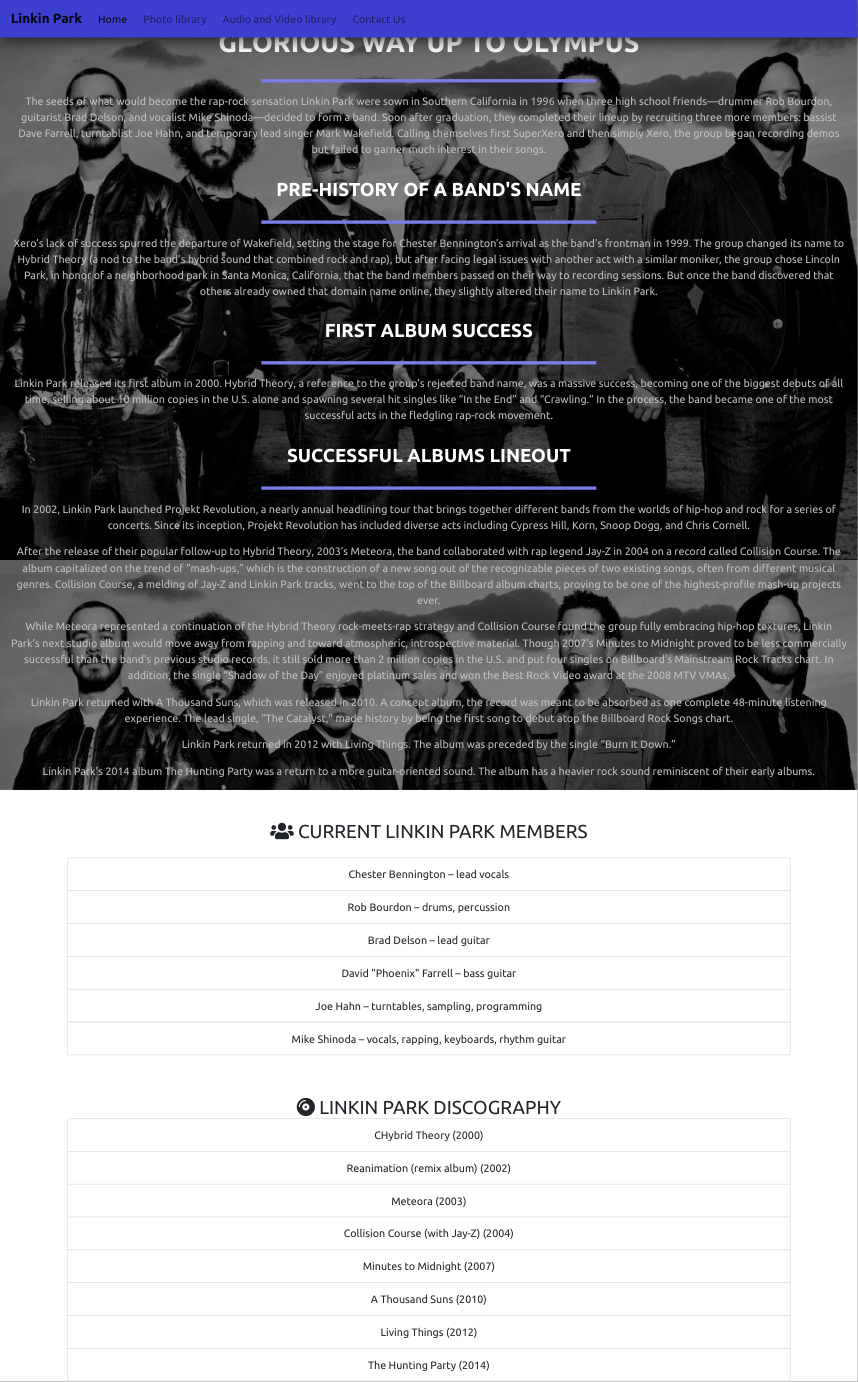
Repository: vaida898/website
Page: index.html
The author's editor kept a record of every edit. The page is drawn from the files as they stood at one moment, then again after the next edit.
The browser window is 1280 px wide. The pictures show the whole page, at 67% of full size.
Backgrounds fixed to the window are drawn as part of the page. Some web libraries are served in a nearby version.

Above is the page before.
Console error: TypeError: Cannot read properties of undefined (reading 'fn')

### index.html
<!DOCTYPE html>
<html lang="en">

<head>
    <meta charset="UTF-8">
    <meta name="viewport" content="width=device-width, initial-scale=1.0">
    <meta http-equiv="X-UA-Compatible" content="ie=edge">
    <title>LinkinPark website</title>

    <link rel="stylesheet" href="https://stackpath.bootstrapcdn.com/bootstrap/4.3.1/css/bootstrap.min.css" integrity="sha384-ggOyR0iXCbMQv3Xipma34MD+dH/1fQ784/j6cY/iJTQUOhcWr7x9JvoRxT2MZw1T" crossorigin="anonymous">
    <script src="https://stackpath.bootstrapcdn.com/bootstrap/4.3.1/js/bootstrap.min.js" integrity="sha384-JjSmVgyd0p3pXB1rRibZUAYoIIy6OrQ6VrjIEaFf/nJGzIxFDsf4x0xIM+B07jRM" crossorigin="anonymous"></script>
    <link rel="stylesheet" href="https://use.fontawesome.com/releases/v5.6.1/css/all.css" integrity="sha384-gfdkjb5BdAXd+lj+gudLWI+BXq4IuLW5IT+brZEZsLFm++aCMlF1V92rMkPaX4PP" crossorigin="anonymous">

    <!-- Google font "Ubuntu" -->

    <link href="https://fonts.googleapis.com/css?family=Ubuntu:400,700&display=swap" rel="stylesheet">
    <link rel="stylesheet" href="css/style.css" type="text/css" />

</head>

<body>

    <!-- Navigation bar -->

    <div class="container-fluid navalert-container">
        <nav class="navbar navbar-light navbar-expand-sm" style="background-color: #3D3FD1">
            <a href="/" class="navbar-brand">Linkin Park</a>

            <button class="navbar-toggler ml-auto" type="button" data-toggle="collapse" data-target="#navbarNavDropdown" aria-controls="navbarNavDropdown" aria-expanded="false" aria-label="Toggle navigation">
        <span class="navbar-toggler-icon"></span></button>

            <div class="collapse navbar-collapse" id="navbarNavDropdown">
                <ul class="navbar-nav mr-auto">
                    <li class="active nav-item mr-2"><a class="nav-link" href="/">Home</a></li>
                    <li class="nav-item mr-2"><a class="nav-link" href="/Photo library">Photo library</a></li>
                    <li class="nav-item mr-2"><a class="nav-link" href="/Audio and Video library">Audio and Video library</a></li>
                    <li class="nav-item mr-2"><a class="nav-link" href="/Contact Us">Contact Us</a></li>
                </ul>
            </div>
        </nav>
    </div>

    <div class="container-fluid history-container">
        <div class="opaque-overlay">&nbsp;</div>
        <section class="about us">
            <div class="row">
                <div class="col-12 page-header">

                    <section class="About Us text-center first-paragraph">
                        <h1 class="text-uppercase jumbotron-header page-header">Glorious way up to olympus</h1>
                        <hr class="block-divider">
                        <p class="jumbotron-text">The seeds of what would become the rap-rock sensation Linkin Park were sown in Southern California in 1996 when three high school friends—drummer Rob Bourdon, guitarist Brad Delson, and vocalist Mike Shinoda—decided to form a band.
                            Soon after graduation, they completed their lineup by recruiting three more members: bassist Dave Farrell, turntablist Joe Hahn, and temporary lead singer Mark Wakefield. Calling themselves first SuperXero and then simply Xero,
                            the group began recording demos but failed to garner much interest in their songs.</p>

                        <section class="About Us 2 text-center second-paragraph"></section>
                        <h3 class="text-uppercase jumbotron-paragraph page-header">Pre-history of a band's name</h3>
                        <hr class="block-divider">
                        <p class="jumbotron-text">Xero’s lack of success spurred the departure of Wakefield, setting the stage for Chester Bennington’s arrival as the band’s frontman in 1999. The group changed its name to Hybrid Theory (a nod to the band’s hybrid sound that combined
                            rock and rap), but after facing legal issues with another act with a similar moniker, the group chose Lincoln Park, in honor of a neighborhood park in Santa Monica, California, that the band members passed on their way to recording
                            sessions. But once the band discovered that others already owned that domain name online, they slightly altered their name to Linkin Park.</p>

                        <section class="About Us 3 text-center third-paragraph"></section>
                        <h3 class="text-uppercase jumbotron-paragraph page-header">First Album success</h3>
                        <hr class="block-divider">
                        <p class="jumbotron-text">Linkin Park released its first album in 2000. Hybrid Theory, a reference to the group’s rejected band name, was a massive success, becoming one of the biggest debuts of all time, selling about 10 million copies in the U.S. alone
                            and spawning several hit singles like “In the End” and “Crawling.” In the process, the band became one of the most successful acts in the fledgling rap-rock movement.</p>

                        <section class="About Us 4 text-center fourth-paragraph"></section>
                        <h3 class="text-uppercase jumbotron-paragraph page-header">Successful albums lineout</h3>
                        <hr class="block-divider">
                        <p class="jumbotron-text">In 2002, Linkin Park launched Projekt Revolution, a nearly annual headlining tour that brings together different bands from the worlds of hip-hop and rock for a series of concerts. Since its inception, Projekt Revolution has included
                            diverse acts including Cypress Hill, Korn, Snoop Dogg, and Chris Cornell.</p>

                        <p class="jumbotron-text">After the release of their popular follow-up to Hybrid Theory, 2003’s Meteora, the band collaborated with rap legend Jay-Z in 2004 on a record called Collision Course. The album capitalized on the trend of “mash-ups,” which is
                            the construction of a new song out of the recognizable pieces of two existing songs, often from different musical genres. Collision Course, a melding of Jay-Z and Linkin Park tracks, went to the top of the Billboard album charts,
                            proving to be one of the highest-profile mash-up projects ever.</p>

                        <p class="jumbotron-text">While Meteora represented a continuation of the Hybrid Theory rock-meets-rap strategy and Collision Course found the group fully embracing hip-hop textures, Linkin Park’s next studio album would move away from rapping and toward
                            atmospheric, introspective material. Though 2007’s Minutes to Midnight proved to be less commercially successful than the band's previous studio records, it still sold more than 2 million copies in the U.S. and put four singles
                            on Billboard’s Mainstream Rock Tracks chart. In addition, the single “Shadow of the Day” enjoyed platinum sales and won the Best Rock Video award at the 2008 MTV VMAs.</p>

                        <p class="jumbotron-text">Linkin Park returned with A Thousand Suns, which was released in 2010. A concept album, the record was meant to be absorbed as one complete 48-minute listening experience. The lead single, “The Catalyst,” made history by being
                            the first song to debut atop the Billboard Rock Songs chart.</p>

                        <p class="jumbotron-text">Linkin Park returned in 2012 with Living Things. The album was preceded by the single “Burn It Down.”</p>

                        <p class="jumbotron-text">Linkin Park's 2014 album The Hunting Party was a return to a more guitar-oriented sound. The album has a heavier rock sound reminiscent of their early albums.</p>
                    </section>
                </div>
            </div>
    </div>

    <div class="container-wrapper">
        <div class="container members-container">
            <section class="Band members text-center">
                <div class="row">
                    <div class="col-12 col-md-12 my-4">
                        <h3 class="text-uppercase page-header"><i class="fas fa-users d-none d-sm-inline"></i> Current Linkin Park members</h3>
                    </div>
                </div>
                <div class="col-12 col-md-12">
                    <ul class="list-group">
                        <li class="list-group-item">Chester Bennington – lead vocals</li>
                        <li class="list-group-item">Rob Bourdon – drums, percussion</li>
                        <li class="list-group-item">Brad Delson – lead guitar</li>
                        <li class="list-group-item">David "Phoenix" Farrell – bass guitar</li>
                        <li class="list-group-item">Joe Hahn – turntables, sampling, programming</li>
                        <li class="list-group-item">Mike Shinoda – vocals, rapping, keyboards, rhythm guitar</li>
                    </ul>
                </div>
            </section>
        </div>
    </div>


    <div class="container-wrapper container-wrapper--blue">
        <div class="container discography-container">
            <section class="Band discography text-center">
                <div class="col-12 col-md-12">
                    <h3 class="text-uppercase page-header"><i class="fas fa-compact-disc d-none d-sm-inline"></i> Linkin Park discography</h3>
                </div>
                <div class="col-12 col-md-12">
                    <ul class="list-group">
                        <li class="list-group-item">CHybrid Theory (2000)</li>
                        <li class="list-group-item">Reanimation (remix album) (2002)</li>
                        <li class="list-group-item">Meteora (2003)</li>
                        <li class="list-group-item">Collision Course (with Jay-Z) (2004)</li>
                        <li class="list-group-item">Minutes to Midnight (2007)</li>
                        <li class="list-group-item">A Thousand Suns (2010)</li>
                        <li class="list-group-item">Living Things (2012)</li>
                        <li class="list-group-item">The Hunting Party (2014)</li>
                    </ul>
                </div>
            </section>
        </div>
    </div>
    <script src="https://code.jquery.com/jquery-3.3.1.slim.min.js" integrity="sha384-q8i/X+965DzO0rT7abK41JStQIAqVgRVzpbzo5smXKp4YfRvH+8abtTE1Pi6jizo" crossorigin="anonymous"></script>
    <script src="https://cdnjs.cloudflare.com/ajax/libs/popper.js/1.14.7/umd/popper.min.js" integrity="sha384-UO2eT0CpHqdSJQ6hJty5KVphtPhzWj9WO1clHTMGa3JDZwrnQq4sF86dIHNDz0W1" crossorigin="anonymous"></script>
    <script src="https://stackpath.bootstrapcdn.com/bootstrap/4.3.1/js/bootstrap.min.js" integrity="sha384-JjSmVgyd0p3pXB1rRibZUAYoIIy6OrQ6VrjIEaFf/nJGzIxFDsf4x0xIM+B07jRM" crossorigin="anonymous"></script>

</body>

</html>

### css/style.css
body {
    font-family: 'Ubuntu', sans-serif;
}

.container-wrapper {

}

.container-wrapper--blue {

}

.history-container {
    background: url(../images/background.jpg) no-repeat center center fixed;
    -webkit-background-size: cover;
    -moz-background-size: cover;
    -o-background-size: cover;
    background-size: cover;

    top: 40px;
    display: flex;
    align-items: center;
    justify-content: center;
    text-align: center;

    position: relative;
}

.opaque-overlay {
    position: absolute;
    width: 100%;
    height: 100%;
    top: 0;
    left: 0;
    background-color: rgba(0,0,0,0.5);
}


.discography-container {}


/* Page header */

.page-header {
    margin-bottom: 0;
    border-bottom: 0;
    text-align: center;
}

.page-header h1, h3 {
    margin-top: 0;
}

/* Block-divider */

.block-divider {
    width: 500px;
    height: 5px;
    border: 0;
    background-color: #7A7CE7;
}

/* Members container*/

.members-container {
    padding-top: 60px;
    padding-bottom: 60px;
}

/* Navbar */

.navalert-container {
    position: fixed;
    top: 0;
    left: 0;
    padding-left: 0;
    padding-right: 0;
    z-index: 1;
}

.navbar {
    margin-bottom: 0;
    border: 0;
    width: 100%;
    background-color: rgba(0,0,0,0.25);
    box-shadow: 0 0 25px 0 black;
}

.navbar-brand {
    font-weight: bold;
}

.navbar-inner {
    background: transparent;
}

/* Jumbotron */

.jumbotron-header {
    color: white;
    font-weight: bold;
    margin-top: 30px;
    margin-bottom: 30px;
}

.jumbotron-paragraph {
    color: white;
    font-weight: bold;
    margin-top: 30px;
    margin-bottom: 30px;
}

.jumbotron-text {
    color: #C2C2C2;
}

After the next edit:
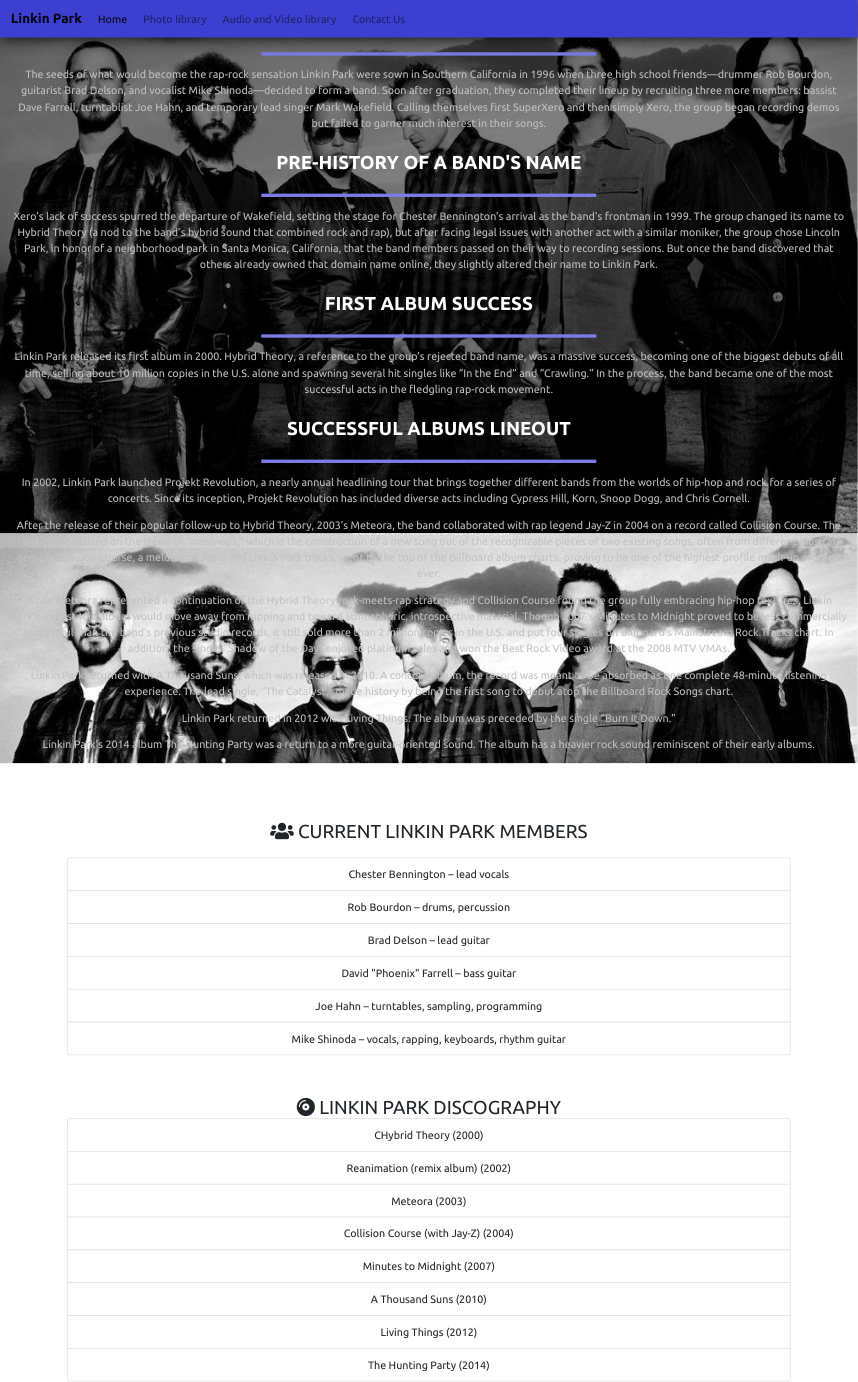
The edit:
--- a/css/style.css
+++ b/css/style.css
@@ -23,7 +23,7 @@
     justify-content: center;
     text-align: center;
 
-    position: relative;
+    position: inherit;
 }
 
 .opaque-overlay {
